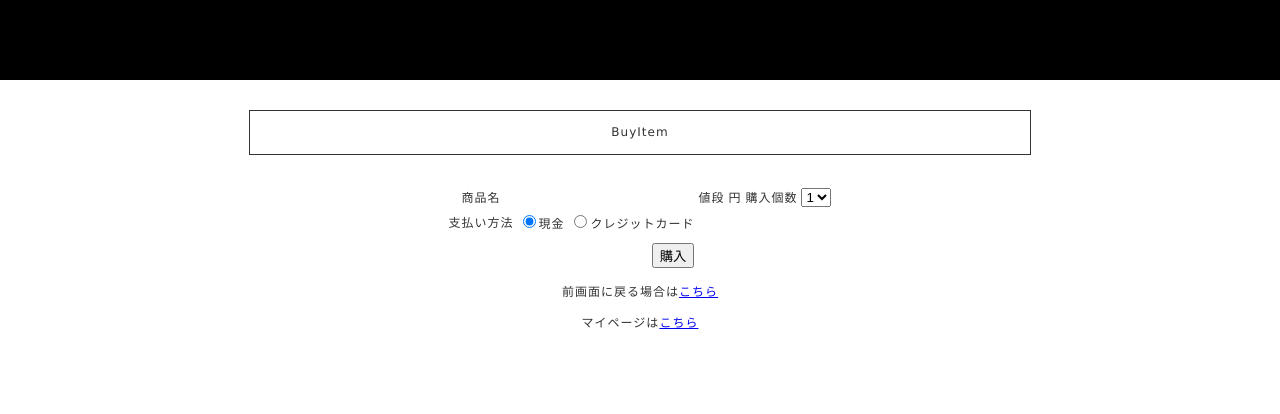
Repository: hiranatsu/ECtest
Page: http://localhost/ecsite2/buyItem.jsp
These files come from the project's save history. The page is drawn as it stood at one moment and after the next save; the edit follows.
The browser window is 1280 px wide. The pictures show the whole page.
The page is served by Tomcat 9.

Above is the page before, as saved 2018-09-13 04:31:30.

After the next save:
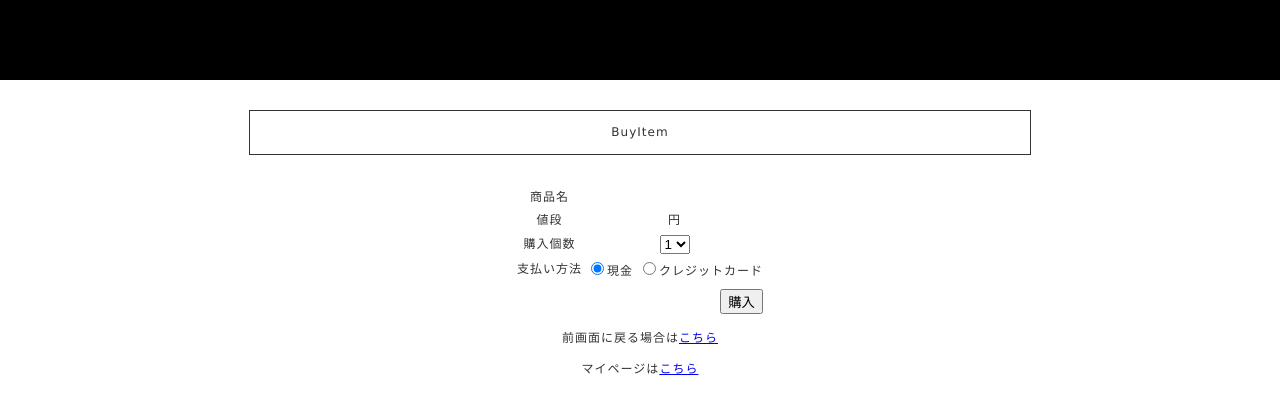
Saved 2 min 37 s later.
--- a/ecsite2/WebContent/buyItem.jsp
+++ b/ecsite2/WebContent/buyItem.jsp
@@ -75,8 +75,12 @@
 				<tr>
 					<td><span>商品名</span></td>
 					<td><s:property value="session.buyItem_name"/><br></td>
+				</tr>
+				<tr>
 					<td><span>値段</span></td>
-					<td><s:property value="session.buyItem_price"/><span>円</span><br></td>
+					<td><s:property value="session.buyItem_price"/><span>円</span></td>
+				</tr>
+				<tr>
 					<td><span>購入個数</span></td>
 					<td>
 						<select name="count">
